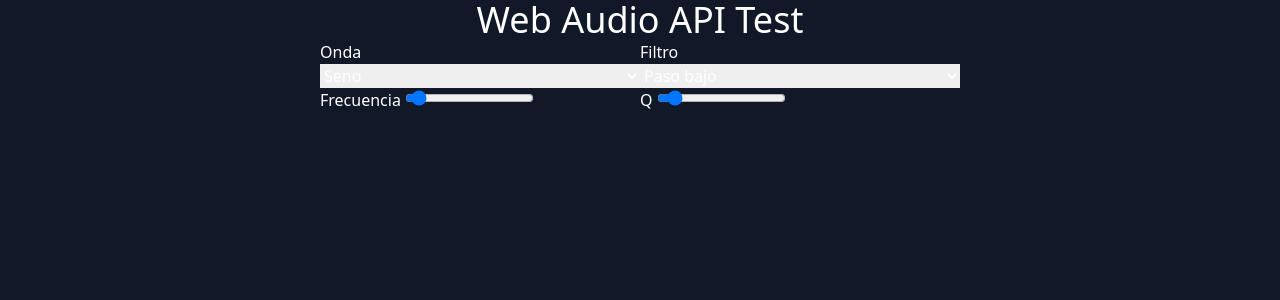
Repository: ibraidab/SONIDOS
Page: index4.html
These files come from the project's save history. The page is drawn as it stood at one moment and after the next save; the edit follows.
The browser window is 1280 px wide. The pictures show the whole page.

Above is the page before, as saved 2023-03-18 11:56:23.

After the next save:
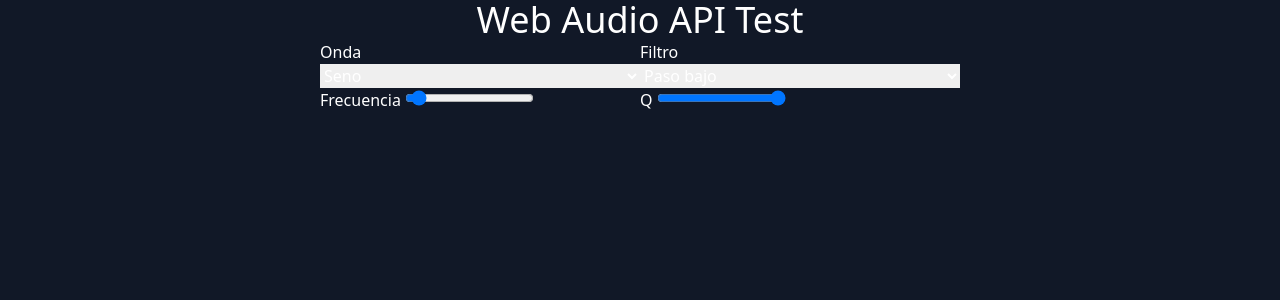
Saved 5 s later.
--- a/index4.html
+++ b/index4.html
@@ -178,7 +178,7 @@
           </div>
           <div class="w-1/2">
             <label for="filterQ">Q</label>
-            <input id="filterQ" type="range" min="1" max="100" value="10" step="1" oninput="changeFilterQ()">
+            <input id="filterQ" type="range" min="1" max="10" value="10" step="1" oninput="changeFilterQ()">
           </div>
         </div>
       </div>
